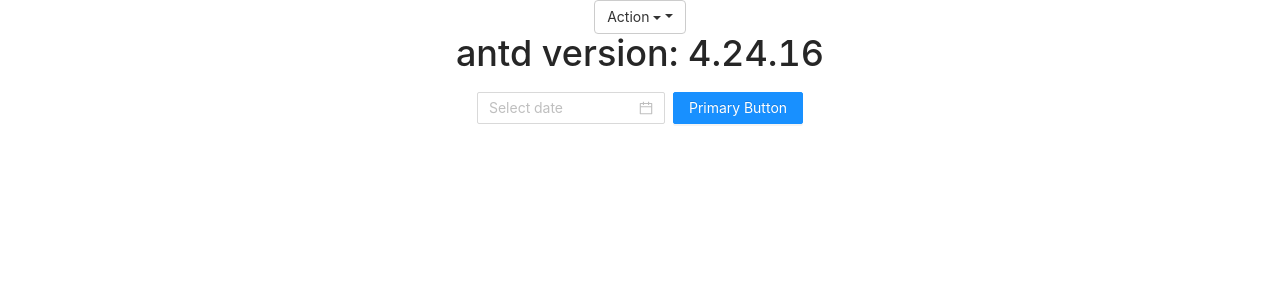
Repository: busiui/react
Page: /
An editor plug-in stored every save of this project. The page is shown before and after the next save, followed by the edit.
The browser window is 1280 px wide. The pictures show the whole page.
The project was rebuilt for these pictures with package versions that can differ from the ones it lists, and the page was loaded fresh each time.

Above is the page before, as saved 2020-03-16 08:37:10.

### public/index.html
<!DOCTYPE html>
<html lang="en">

<head>
  <meta charset="utf-8" />
  <link rel="icon" href="%PUBLIC_URL%/favicon.ico" />
  <meta name="viewport" content="width=device-width, initial-scale=1" />
  <meta name="theme-color" content="#000000" />
  <meta name="description" content="Web site created using create-react-app" />
  <link rel="apple-touch-icon" href="%PUBLIC_URL%/logo192.png" />
  <!--
      manifest.json provides metadata used when your web app is installed on a
      user's mobile device or desktop. See https://developers.google.com/web/fundamentals/web-app-manifest/
    -->
  <link rel="manifest" href="%PUBLIC_URL%/manifest.json" />
  <!--
      Notice the use of %PUBLIC_URL% in the tags above.
      It will be replaced with the URL of the `public` folder during the build.
      Only files inside the `public` folder can be referenced from the HTML.

      Unlike "/favicon.ico" or "favicon.ico", "%PUBLIC_URL%/favicon.ico" will
      work correctly both with client-side routing and a non-root public URL.
      Learn how to configure a non-root public URL by running `npm run build`.
    -->
  <title>React App</title>
  <script src="https://cdn.jsdelivr.net/npm/jquery@1.12.4/dist/jquery.min.js"></script>
  <link rel="stylesheet" href="https://cdn.jsdelivr.net/npm/bootstrap@4.4.1/dist/css/bootstrap.min.css" integrity="sha384-Vkoo8x4CGsO3+Hhxv8T/Q5PaXtkKtu6ug5TOeNV6gBiFeWPGFN9MuhOf23Q9Ifjh" crossorigin="anonymous">
  <script src="https://cdn.jsdelivr.net/npm/bootstrap@4.4.1/dist/js/bootstrap.min.js" integrity="sha384-wfSDF2E50Y2D1uUdj0O3uMBJnjuUD4Ih7YwaYd1iqfktj0Uod8GCExl3Og8ifwB6" crossorigin="anonymous"></script>

  <script src="./busiui.js"></script>
</head>

<body>
  <noscript>You need to enable JavaScript to run this app.</noscript>
  <div id="root"></div>
  <!--
      This HTML file is a template.
      If you open it directly in the browser, you will see an empty page.

      You can add webfonts, meta tags, or analytics to this file.
      The build step will place the bundled scripts into the <body> tag.

      To begin the development, run `npm start` or `yarn start`.
      To create a production bundle, use `npm run build` or `yarn build`.
    -->
  <!-- <div class="input-group">
    <span class="input-group-addon" id="basic-addon1">@</span>
    <input type="text" class="form-control" placeholder="Username" aria-describedby="basic-addon1">
  </div> -->
</body>

</html>

### src/index.js
import React from 'react';
import ReactDOM from 'react-dom';
import './index.css';
import App from './App';
import * as serviceWorker from './serviceWorker';
import { Button, DatePicker, version } from "antd";
import "antd/dist/antd.css";
import "./index.css";

ReactDOM.render(
    <div className="App">
        <App></App>
        <h1>antd version: {version}</h1>
        <DatePicker />
        <Button type="primary" style={{ marginLeft: 8 }}>
            Primary Button
    </Button>
    </div>,
    document.getElementById("root")
);

// If you want your app to work offline and load faster, you can change
// unregister() to register() below. Note this comes with some pitfalls.
// Learn more about service workers: https://bit.ly/CRA-PWA
serviceWorker.unregister();

### src/App.js
import React from 'react';
import logo from './logo.svg';
import './App.css';
import 'bootstrap/dist/css/bootstrap.min.css';
import 'bootstrap/dist/js/bootstrap';

function App() {
  return (
    <div className="App">
      <div class="btn-group">
        <button type="button" class="btn btn-default dropdown-toggle" data-toggle="dropdown" aria-haspopup="true" aria-expanded="false">
          Action <span class="caret"></span>
        </button>
        <ul class="dropdown-menu">
          <li><a href="#">Action</a></li>
          <li><a href="#">Another action</a></li>
          <li><a href="#">Something else here</a></li>
          <li role="separator" class="divider"></li>
          <li><a href="#">Separated link</a></li>
        </ul>
      </div>
    </div>
  );
}

export default App;

Loaded but not shown: src/index.css (common file); src/serviceWorker.js (common file); src/App.css (common file); public/busiui.js (library)

After the next save:
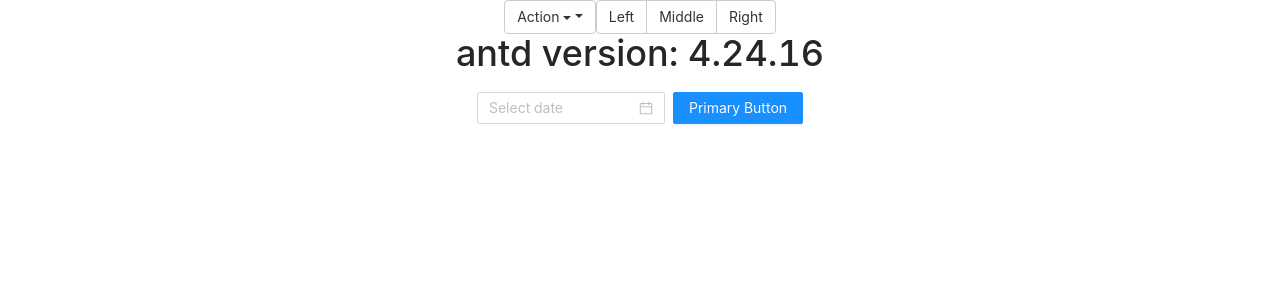
Saved 57 s later.
--- a/src/App.js
+++ b/src/App.js
@@ -19,6 +19,11 @@
           <li><a href="#">Separated link</a></li>
         </ul>
       </div>
+      <div class="btn-group" role="group" aria-label="...">
+  <button type="button" class="btn btn-default">Left</button>
+  <button type="button" class="btn btn-default">Middle</button>
+  <button type="button" class="btn btn-default">Right</button>
+</div>
     </div>
   );
 }
